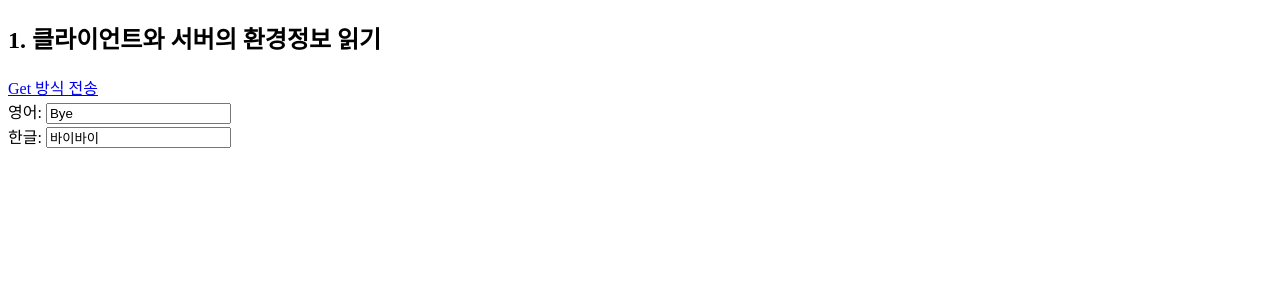
Repository: bhj305/JSP_Servlet
Page: http://localhost/MustHaveJSP/02ImplicitObject/RequestMain.jsp
The author's editor kept a copy of each file at every save. The page is drawn from the files as they stood at one save, then again after a run of saves.
The browser window is 1280 px wide. The pictures show the whole page.
The page is served by Tomcat 10.

Above is the page before, as saved 2025-05-02 05:47:28.

After the next 2 saves:
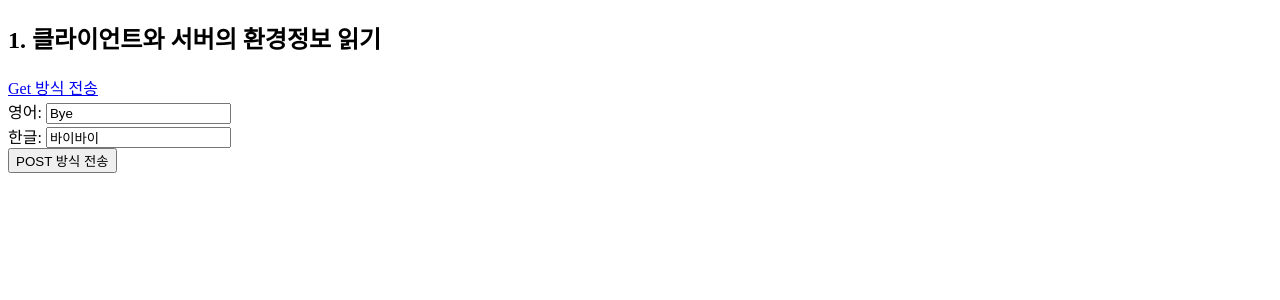
The 2 saves are shown as one change because they came seconds apart.
The last was saved 38 s later.
--- a/MustHaveJSP/src/main/webapp/02ImplicitObject/RequestMain.jsp
+++ b/MustHaveJSP/src/main/webapp/02ImplicitObject/RequestMain.jsp
@@ -15,6 +15,7 @@
 		<form action="./RequestWebInfo.jsp" method="post" accept-charset="UTF-8">
 			영어: <input type="text" name="eng" value="Bye" /><br/>
 			한글: <input type="text" name="han" value="바이바이" /><br/>
+			<input type="submit" value ="POST 방식 전송"/>
 		</form>
 	</body>
 </html>
